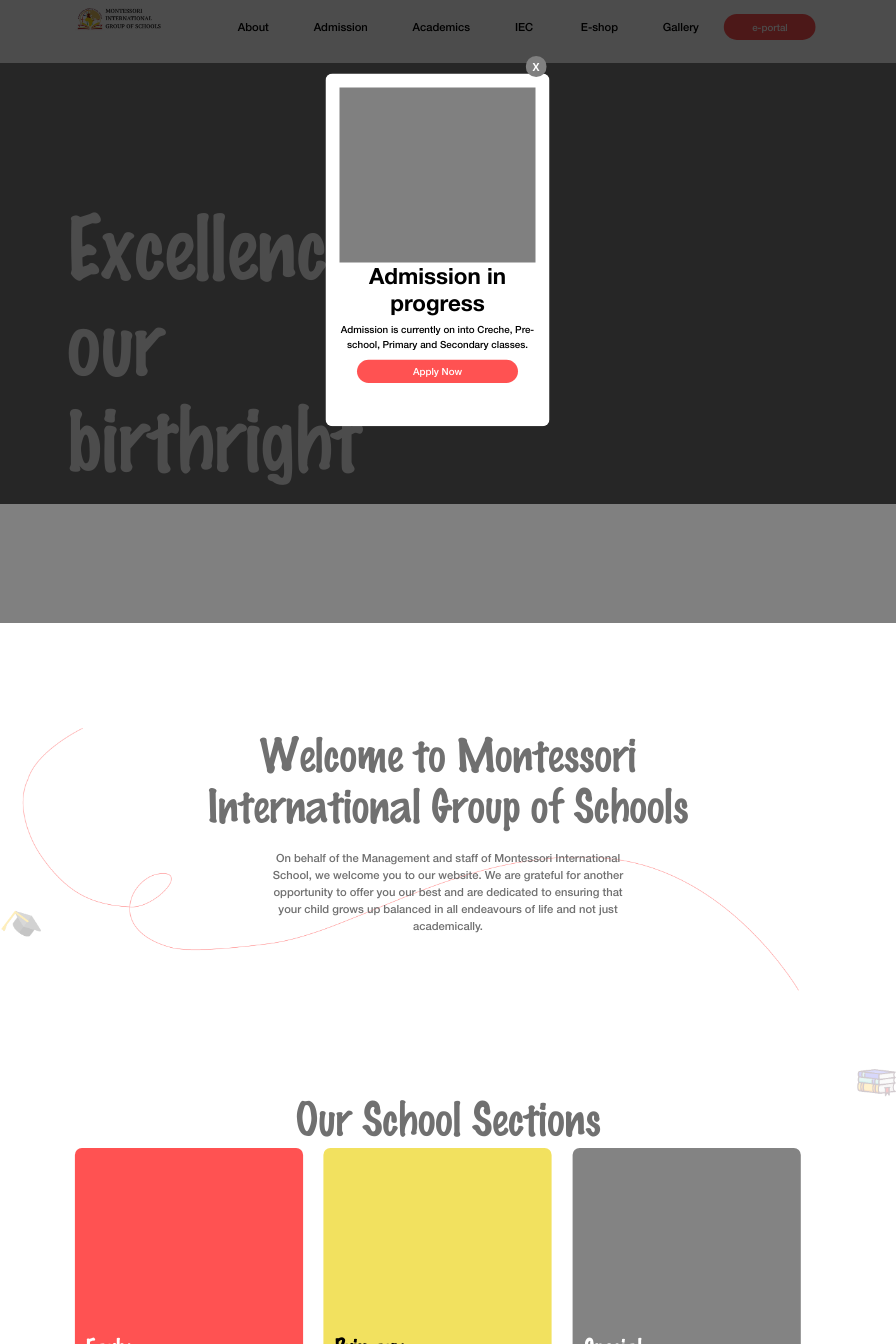
Repository: sarahnnanyelugo/MIGS
Page: /
An editor plug-in stored every save of this project. The page is shown before and after the next save, followed by the edit.
The browser window is 1280 px wide. The pictures show the part of the page from y = 0 to 1920 px (the page is 6410 px tall before and 6420 px after), at 70% of full size.
The project was rebuilt for these pictures with package versions that can differ from the ones it lists, and the page was loaded fresh each time.

Above is the page before, as saved 2023-05-30 22:12:30.

### src/index.js
import React from "react";
import ReactDOM from "react-dom/client";
import "./index.css";
import App from "./App";
import reportWebVitals from "./reportWebVitals";
import "bootstrap/dist/css/bootstrap.min.css";
import { BrowserRouter, Routes, Route, Link, Outlet } from "react-router-dom";
const root = ReactDOM.createRoot(document.getElementById("root"));
root.render(
  <BrowserRouter>
    <App />
  </BrowserRouter>
);

// If you want to start measuring performance in your app, pass a function
// to log results (for example: reportWebVitals(console.log))
// or send to an analytics endpoint. Learn more: https://bit.ly/CRA-vitals
reportWebVitals();

### src/App.js
import logo from "./logo.svg";
import "./App.scss";
import "bootstrap/dist/css/bootstrap.min.css";
import { BrowserRouter, Routes, Route, Link, Outlet } from "react-router-dom";
import Home from "./pages/Home/Home";
import ScrollToTop from "./components/scrollToTop";
import NavBar from "./components/NavBar/NavBar";
function App() {
  return (
    <>
      <ScrollToTop />
      <NavBar />
      <Routes>
        {" "}
        <Route path="/" element={<Home />} />
        {/* <Route path="tech-hub-page" element={<TechHub />} />
        <Route path="team-hire" element={<TeamHire />} />
        <Route path="hire-page" element={<HiringPage />} /> */}
      </Routes>
    </>
  );
}

export default App;

### src/App.scss
@font-face {
  font-family: maker;
  src: url(./assets/fonts/marker-felt/Marker-Felt.ttf);
}
@font-face {
  font-family: helveticaB;
  src: url(./assets/fonts/helvetica/HelveticaNeueBold.ttf);
}
@font-face {
  font-family: helveticaM;
  src: url(./assets/fonts/helvetica/HelveticaNeueMedium.ttf);
}
@font-face {
  font-family: helveticaR;
  // src: url(./assets/fonts/helvetica/HelveticaNeueRegular.ttf);
  src: url(./assets/fonts/helvetica/HelveticaNeue-Extended.otf);
}

h1,
h2,
h3,
h4,
h5,
h6 {
  font-family: maker;
}

### src/components/NavBar/NavBar.jsx
import React, { useEffect, useState, useRef } from "react";
import { Link, NavLink } from "react-router-dom";
import "./_navbar.scss";
import { useLocation } from "react-router-dom";
// import Icofont from "react-icofont";
import Logo from "../../assets/images/logo2.png";

function NavBar() {
  return (
    <>
      <div className="nav-container col-md-10 offset-md-1">
        {" "}
        <div className=" col-md-1 tech-logo-div">
          {" "}
          <img className="tech-logo" src={Logo} alt="Scholar" width="60%" />
        </div>
        <ul className="list-inline list-unstyled ">
          <li className="list-inline-item">
            <NavLink className="tech-links cool-link" to={"/"}>
              About
            </NavLink>
          </li>
          <li className="list-inline-item">
            <NavLink className="tech-links cool-link">Admission</NavLink>
          </li>
          <li className="list-inline-item">
            <NavLink className="tech-links cool-link">Academics</NavLink>
          </li>
          <li className="list-inline-item">
            <NavLink className="tech-links cool-link">IEC</NavLink>
          </li>{" "}
          <li className="list-inline-item">
            <NavLink className="tech-links cool-link">E-shop</NavLink>
          </li>
          <li className="list-inline-item">
            <NavLink className="tech-links cool-link">Gallery</NavLink>
          </li>
          <li className="list-inline-item">
            <button className="nav-btn">e-portal</button>
          </li>
          <li>
            <div class="mobile-container "></div>
          </li>
        </ul>
      </div>
    </>
  );
}

export default NavBar;

### src/components/AppModal/AppModal.js
import "./_app-modal.scss";

// import ModalImg from "../../assets/read2.png";
// import SampleLogo from "../../assets/wellspring.png";

import React, { useEffect, useRef, useState } from "react";

export const AppModal = () => {
  const [showActive, setShowActive] = useState(false);
  const modalContainer = useRef(null);
  const bodyTag = useRef(null);

  useEffect(() => {
    setTimeout(() => {
      // modalContainer.addClass("two");
      // document.body.addClass("modal-active");
      setShowActive(true);
      // modalContainer.click(function () {
      // setShowActive(false);
      // this.addClass("out");
      // document.body.removeClass("modal-active");
      // });
    }, 2000);
  }, []);
  const setThisShowActive = () => {
    setShowActive(!showActive);
  };
  return (
    <>
      <div
        className={`col-md-2 my-app-modal-container ${
          showActive ? "modal-active" : ""
        }`}
      >
        <div
          ref={modalContainer}
          className={`col-md-12 ${showActive ? "two" : ""}`}
          id="modal-container"
        >
          <div className="modal-background col-md-12">
            <button onClick={setThisShowActive} className="close-btn">
              {/* <i class="icofont-close">x</i> */}X
            </button>

            <div className="modal col-md-10">
              <div className="col-md-12 ">
                <div className="img-div"></div>
                <h2>Admission in progress</h2>
                <p>
                  Admission is currently on into Creche, Pre-school, Primary and
                  Secondary classes.
                </p>
                <buttton className="app-btn col-md-12">Apply Now</buttton>
              </div>{" "}
            </div>
          </div>
        </div>
      </div>
    </>
  );
};

### src/pages/Home/home.scss
@import "../../variables";
@import "../../shared-styles";
.landing-img {
  position: relative;
  text-align: left;
  color: #fff;
  height: 800px;
  background-color: grey;
  @media screen and (max-width: 620px) {
    text-align: center;
  }
}
.centered {
  position: absolute;
  top: 50%;
  left: 20%;

  transform: translate(-50%, -50%);
  h1 {
    font-size: 114px !important;
    @media screen and (max-width: 620px) {
      font-size: 64px !important;
      margin-left: 120px;
    }
  }
}
.welcome-header {
  color: #707070;

  h1 {
    font-size: 60px;
  }
}
.welcome-paragraph {
  p {
    color: #707070;
    font-family: helveticaM;
  }
}
.welcome-div {
  height: 800px;
  background: url("../../assets/images/curly.png");
  background-size: contain;
  background-repeat: no-repeat;
}
.section-div {
  margin-top: -280px;

  h1 {
    font-size: 60px;
    color: #707070;
  }
}
.sections-container {
  position: relative;
  text-align: center;
  margin-bottom: 50px;
  border-radius: 10px;
  height: 358px;
}
.bottom-left {
  position: absolute;
  bottom: 8px;
  left: 16px;
}
.early-years {
  background: #ff5252;
  color: #fff;
}
.primary {
  background: #f2e15f;
  color: #000;
}
.special {
  background: #838383;
  color: #fff;
}
.junior {
  background: #2ebbef;
  color: #fff;
}
.senior {
  background: #30eaa9;
  color: #000;
}
.birthright-div {
  background: url("../../assets/images/pink-bg.png");
  background-size: cover;
  background-repeat: no-repeat;
  padding: 60px 0;
  margin: 100px 0;
  h1 {
    margin-bottom: 20px;
  }
  span {
    color: $red;
    font-size: 60px;
  }
  color: #707070;
  p {
    font-family: helveticaM;
    margin-bottom: 100px;
  }
  .img-div {
    height: 487px;
    border-radius: 10px;
    background: #fff;
  }
}
.stats-div {
  background: #554907;
  padding: 50px 0;
  h1 {
    color: #fff;
    font-size: 60px;
    // margin-bottom: 40px;
  }
  .stats {
    h1 {
      color: #fff;
      font-size: 70px;
      font-family: helveticaB;
    }
    p {
      color: #fff;
      font-family: helveticaM;
    }
  }
}
.news-div {
  margin-bottom: 50px;
  .img-div2 {
    background: #ede6e6;
    border-radius: 10px;
    height: 256px;
  }
  .news-details {
    padding: 0 0 0 20px;
    h4 {
      font-family: helveticaM;
      margin: 20px 0;
    }
    button {
      border: none;
      width: 72px;
      height: 30px;
      font-size: 13px;
      font-family: helveticaM;
      border-radius: 35px;
    }
    p {
      font-family: helveticaM;
      color: #414040;
      font-size: 15px;
    }
    small {
      font-size: 13px;
      color: #707070;
    }
    .holidays {
      background: #c6ddf4;
      color: #0b66c1;
    }
    .events {
      background: #f6f7be;
      color: #d3bd13;
    }
  }
}
.events-container {
  height: 149px;
  background: #ede6e6;
  width: 164px;
  border-radius: 20px;
  padding-top: 22px;
  h1 {
    font-family: helveticaM;
  }
  small {
    font-family: helveticaR;
    color: #414040;
  }
}
.upcoming-div {
  p {
    font-family: helveticaR;
    font-size: 20px;
    margin-top: 20px;
    line-height: 22px;
  }
}
.pictures-container {
  background: #fbe5e5;
  padding: 50px 0;
  h1 {
    font-size: 60px;
    color: #6c6868;
  }
  span {
    font-size: 70px;
    color: $red;
  }
  .img-div2 {
    background: #fff;
    border-radius: 20px;
    height: 250px;
  }
  .img-div {
    background: #fff;
    border-radius: 20px;
    height: 550px;
  }
}

### src/pages/Home/Events.js
import React from "react";

function Events({ day, year, month }) {
  return (
    <div className="events-container">
      <center>
        <small>{month}</small>
        <h1>{day}</h1>
        <small>{year}</small>
      </center>
    </div>
  );
}

export default Events;

### src/components/NavBar/_navbar.scss
@import "../../variables";
@import "../../shared-styles";

.nav-container {
  display: flex;
  padding-top: 20px;
  position: relative;
  z-index: 2 !important;
  padding-bottom: 0;
  height: 90px;
  background-color: #fff !important;
  ul li {
    margin-top: 0px !important;
  }
  .nav-btn {
    @include app-btn;
    padding: 8px 40px;
    // margin-top: 0 !important;
    border: none;
    @media screen and (max-width: 620px) {
      display: none;
    }
  }
  .tech-logo-div {
    flex-grow: 1 !important;
    margin-top: -10px;
  }
  .tech-links {
    color: #000;
    text-decoration: none;
    font-family: helveticaM;
    margin: 0px 28px !important;
    &:hover {
      color: $red;
    }
    @media screen and (max-width: 620px) {
      display: none;
    }
  }
}

### src/components/AppModal/_app-modal.scss
@import "../../variables";
@import "../../shared-styles";

.my-app-modal-container {
  position: relative;
  z-index: 3000 !important;
  .close-btn {
    right: 39% !important;
    background: grey !important;
    border-radius: 100%;
    position: relative;
    float: right;
    height: 30px !important;
    width: 30px !important;
    font-size: 15px;
    font-weight: bold;
    color: #fff !important;
    margin-top: -25px;

    background: transparent;
    border: none;
    z-index: 4000;
    &:hover {
      color: $lightblue !important;
    }
    @media screen and (max-width: 620px) {
      right: 5% !important;
      margin-top: 20px;
    }
  }
  * {
    box-sizing: border-box;
  }

  html,
  body,
  .my-app-modal-container {
    min-height: 100%;
    height: 100%;

    &.modal-active {
      overflow: hidden;
    }
  }

  #modal-container {
    position: fixed;
    display: table;
    height: 100%;
    width: 100%;
    top: 0;
    left: 0;
    transform: scale(0);
    z-index: 1;

    &.two {
      transform: scale(1);
      .modal-background {
        background: rgba(0, 0, 0, 0);
        animation: fadeIn 0.5s cubic-bezier(0.165, 0.84, 0.44, 1) forwards;
        .modal {
          opacity: 0;
          animation: scaleUp 1s cubic-bezier(0.165, 0.84, 0.44, 1) forwards;
          background: #fff !important;
          border-radius: 10px;
          width: 25%;
          height: 70%;
          top: 0px;
          padding: 20px;
          @media screen and (max-width: 620px) {
            height: fit-content;
            width: 90%;
            top: 70px;
          }
          color: black;

          p {
            text-align: center !important;
            font-family: helveticaM;
            font-size: 14px;
          }
          h2 {
            font-family: helveticaB;
          }
        }
        .img-div {
          height: 250px;
          background: grey;
        }
        .app-btn {
          padding: 8px 80px;
          margin-top: 30px;
        }
      }
      + .content {
        animation: scaleBack 0.5s cubic-bezier(0.165, 0.84, 0.44, 1) forwards;
      }
      &.out {
        animation: quickScaleDown 0s 0.5s linear forwards;
        .modal-background {
          animation: fadeOut 0.5s cubic-bezier(0.165, 0.84, 0.44, 1) forwards;
          .modal {
            animation: scaleDown 0.5s cubic-bezier(0.165, 0.84, 0.44, 1)
              forwards;
          }
        }
        + .content {
          animation: scaleForward 0.5s cubic-bezier(0.165, 0.84, 0.44, 1)
            forwards;
        }
      }
    }

    .modal-background {
      display: table-cell;
      background: rgba(0, 0, 0, 0.6);
      text-align: center;
      vertical-align: middle;
      .modal {
        background: white;
        padding: 30px 0;
        display: inline-block;
        position: relative;

        .modal-svg {
          position: absolute;
          top: 0;
          left: 0;
          height: 100%;
          width: 100%;
          border-radius: 3px;
          rect {
            stroke: #fff;
            stroke-width: 2px;
            stroke-dasharray: 778;
            stroke-dashoffset: 778;
          }
        }
      }
    }
  }

  @keyframes unfoldIn {
    0% {
      transform: scaleY(0.005) scaleX(0);
    }
    50% {
      transform: scaleY(0.005) scaleX(1);
    }
    100% {
      transform: scaleY(1) scaleX(1);
    }
  }

  @keyframes unfoldOut {
    0% {
      transform: scaleY(1) scaleX(1);
    }
    50% {
      transform: scaleY(0.005) scaleX(1);
    }
    100% {
      transform: scaleY(0.005) scaleX(0);
    }
  }

  @keyframes zoomIn {
    0% {
      transform: scale(0);
    }
    100% {
      transform: scale(1);
    }
  }

  @keyframes zoomOut {
    0% {
      transform: scale(1);
    }
    100% {
      transform: scale(0);
    }
  }

  @keyframes fadeIn {
    0% {
      background: rgba(0, 0, 0, 0);
    }
    100% {
      background: rgba(0, 0, 0, 0.7);
    }
  }

  @keyframes fadeOut {
    0% {
      background: rgba(0, 0, 0, 0.7);
    }
    100% {
      background: rgba(0, 0, 0, 0);
    }
  }

  @keyframes scaleUp {
    0% {
      transform: scale(0.8) translateY(1000px);
      opacity: 0;
    }
    100% {
      transform: scale(1) translateY(0px);
      opacity: 1;
    }
  }

  @keyframes scaleDown {
    0% {
      transform: scale(1) translateY(0px);
      opacity: 1;
    }
    100% {
      transform: scale(0.8) translateY(1000px);
      opacity: 0;
    }
  }

  @keyframes scaleBack {
    0% {
      transform: scale(1);
    }
    100% {
      transform: scale(0.85);
    }
  }

  @keyframes scaleForward {
    0% {
      transform: scale(0.85);
    }
    100% {
      transform: scale(1);
    }
  }

  @keyframes quickScaleDown {
    0% {
      transform: scale(1);
    }
    99.9% {
      transform: scale(1);
    }
    100% {
      transform: scale(0);
    }
  }

  @keyframes slideUpLarge {
    0% {
      transform: translateY(0%);
    }
    100% {
      transform: translateY(-100%);
    }
  }

  @keyframes slideDownLarge {
    0% {
      transform: translateY(-100%);
    }
    100% {
      transform: translateY(0%);
    }
  }

  @keyframes moveUp {
    0% {
      transform: translateY(150px);
    }
    100% {
      transform: translateY(0);
    }
  }

  @keyframes moveDown {
    0% {
      transform: translateY(0px);
    }
    100% {
      transform: translateY(150px);
    }
  }

  @keyframes blowUpContent {
    0% {
      transform: scale(1);
      opacity: 1;
    }
    99.9% {
      transform: scale(2);
      opacity: 0;
    }
    100% {
      transform: scale(0);
    }
  }

  @keyframes blowUpContentTwo {
    0% {
      transform: scale(2);
      opacity: 0;
    }
    100% {
      transform: scale(1);
      opacity: 1;
    }
  }

  @keyframes blowUpModal {
    0% {
      transform: scale(0);
    }
    100% {
      transform: scale(1);
    }
  }

  @keyframes blowUpModalTwo {
    0% {
      transform: scale(1);
      opacity: 1;
    }
    100% {
      transform: scale(0);
      opacity: 0;
    }
  }

  @keyframes roadRunnerIn {
    0% {
      transform: translateX(-1500px) skewX(30deg) scaleX(1.3);
    }
    70% {
      transform: translateX(30px) skewX(0deg) scaleX(0.9);
    }
    100% {
      transform: translateX(0px) skewX(0deg) scaleX(1);
    }
  }

  @keyframes roadRunnerOut {
    0% {
      transform: translateX(0px) skewX(0deg) scaleX(1);
    }
    30% {
      transform: translateX(-30px) skewX(-5deg) scaleX(0.9);
    }
    100% {
      transform: translateX(1500px) skewX(30deg) scaleX(1.3);
    }
  }

  @keyframes sketchIn {
    0% {
      stroke-dashoffset: 778;
    }
    100% {
      stroke-dashoffset: 0;
    }
  }

  @keyframes sketchOut {
    0% {
      stroke-dashoffset: 0;
    }
    100% {
      stroke-dashoffset: 778;
    }
  }

  @keyframes modalFadeIn {
    0% {
      background-color: transparent;
    }
    100% {
      background-color: white;
    }
  }

  @keyframes modalFadeOut {
    0% {
      background-color: white;
    }
    100% {
      background-color: transparent;
    }
  }

  @keyframes modalContentFadeIn {
    0% {
      opacity: 0;
      top: -20px;
    }
    100% {
      opacity: 1;
      top: 0;
    }
  }

  @keyframes modalContentFadeOut {
    0% {
      opacity: 1;
      top: 0px;
    }
    100% {
      opacity: 0;
      top: -20px;
    }
  }

  @keyframes bondJamesBond {
    0% {
      transform: translateX(1000px);
    }
    80% {
      transform: translateX(0px);
      border-radius: 75px;
      height: 75px;
      width: 75px;
    }
    90% {
      border-radius: 3px;
      height: 182px;
      width: 247px;
    }
    100% {
      border-radius: 3px;
      height: 162px;
      width: 227px;
    }
  }

  @keyframes killShot {
    0% {
      transform: translateY(0) rotate(0deg);
      opacity: 1;
    }
    100% {
      transform: translateY(300px) rotate(45deg);
      opacity: 0;
    }
  }

  @keyframes fadeToRed {
    0% {
      background-color: rgba(black, 0.6);
    }
    100% {
      background-color: rgba(red, 0.8);
    }
  }

  @keyframes slowFade {
    0% {
      opacity: 1;
    }
    99.9% {
      opacity: 0;
      transform: scale(1);
    }
    100% {
      transform: scale(0);
    }
  }
}

### src/_variables.scss
$yellow: rgb(255, 210, 16);
$red: #ff5252;
$skyblue: rgb(83, 180, 242);
$lightblue: rgb(12, 99, 177);
$lightblue2: rgb(12, 88, 160);
$lighterblue: rgb(211, 236, 252);
$deepblue2: rgb(0, 79, 157);
$mainblue: rgb(1, 71, 141);

@mixin app-btn {
  color: #fff;
  border-radius: 35px;
  padding: 8px 0px;
  font-size: 14px;
  background: $red;
  border: none;
  @media screen and (max-width: 620px) {
    padding: 8px 100px;
  }
  font-family: helveticaM;
  &:hover {
    background: #c90e0e;
    transition: 0.5s ease;
  }
}

### src/_shared-styles.scss
@import "./variables";

@media screen and (max-width: 620px) {
  .flexyM {
    display: flex !important;
  }
  .side-menu {
    display: none !important;
  }
  .page-body {
    padding: 20px;
  }

  .dn {
    display: none;
  }
  .holder img {
    height: 200px;
    margin-top: 40px !important;
  }
  .overlay {
    bottom: -30px !important;
  }
  .m-margin {
    margin-top: 0 !important;
    margin-bottom: 0 !important;
  }
  .navigations {
    display: none;
  }
  .breadcrum {
    margin-top: 350px !important;
  }
}
@media screen and (min-width: 620px) {
  .flexy {
    display: flex;
  }
  .spread {
    display: flex;
  }
  // {
  //   display:none;
  // }
}

/* Container needed to position the overlay. Adjust the width as needed */
.holder {
  position: relative;
  width: 100%;
}

.side-nav2 {
  @media screen and (max-width: 620px) {
    padding: 0 10px 0;
  }
}
.br {
  border-radius: 10px;
}
.mt1 {
  margin-top: 10px;
}
.mt2 {
  margin-top: 20px;
}
.mt3 {
  margin-top: 30px;
}
.mt4 {
  margin-top: 40px;
}
.mt5 {
  margin-top: 50px;
}
.mt6 {
  margin-top: 60px;
}
.mt7 {
  margin-top: 70px;
}
.mt8 {
  margin-top: 80px;
}
.mt9 {
  margin-top: 90px;
}
.mt {
  margin-top: 120px;
}
.mtt {
  margin-top: 150px;
}
.mr1 {
  margin-right: 10px;
}
.mr2 {
  margin-right: 20px;
}
.mr3 {
  margin-right: 30px;
}
.mr4 {
  margin-right: 40px;
}
.mr5 {
  margin-right: 50px;
}
.mr6 {
  margin-right: 60px;
}
.mr7 {
  margin-right: 70px;
}
.mb1 {
  margin-bottom: 10px;
}
.mb2 {
  margin-bottom: 20px;
}
.mb3 {
  margin-bottom: 30px;
}
.mb4 {
  margin-bottom: 40px;
}
.mb5 {
  margin-bottom: 50px;
}
.mb6 {
  margin-bottom: 60px;
}
.ml2 {
  margin-left: 20px;
}
.ml3 {
  margin-left: 30px;
}
.ml4 {
  margin-left: 40px;
}
.ml5 {
  margin-left: 50px;
}
.ml6 {
  margin-left: 60px;
}

.app-btn {
  @include app-btn;
  width: 100% !important;
}
.tac {
  text-align: center;
}
.normal-link {
  font-family: helveticaM;
  color: black !important;
  text-decoration: none;
}

Loaded but not shown: public/index.html (common file); src/index.css (common file); src/reportWebVitals.js (common file); src/components/scrollToTop.js (common file); src/pages/Home/Home.js (360 lines, source omitted)

After the next save:
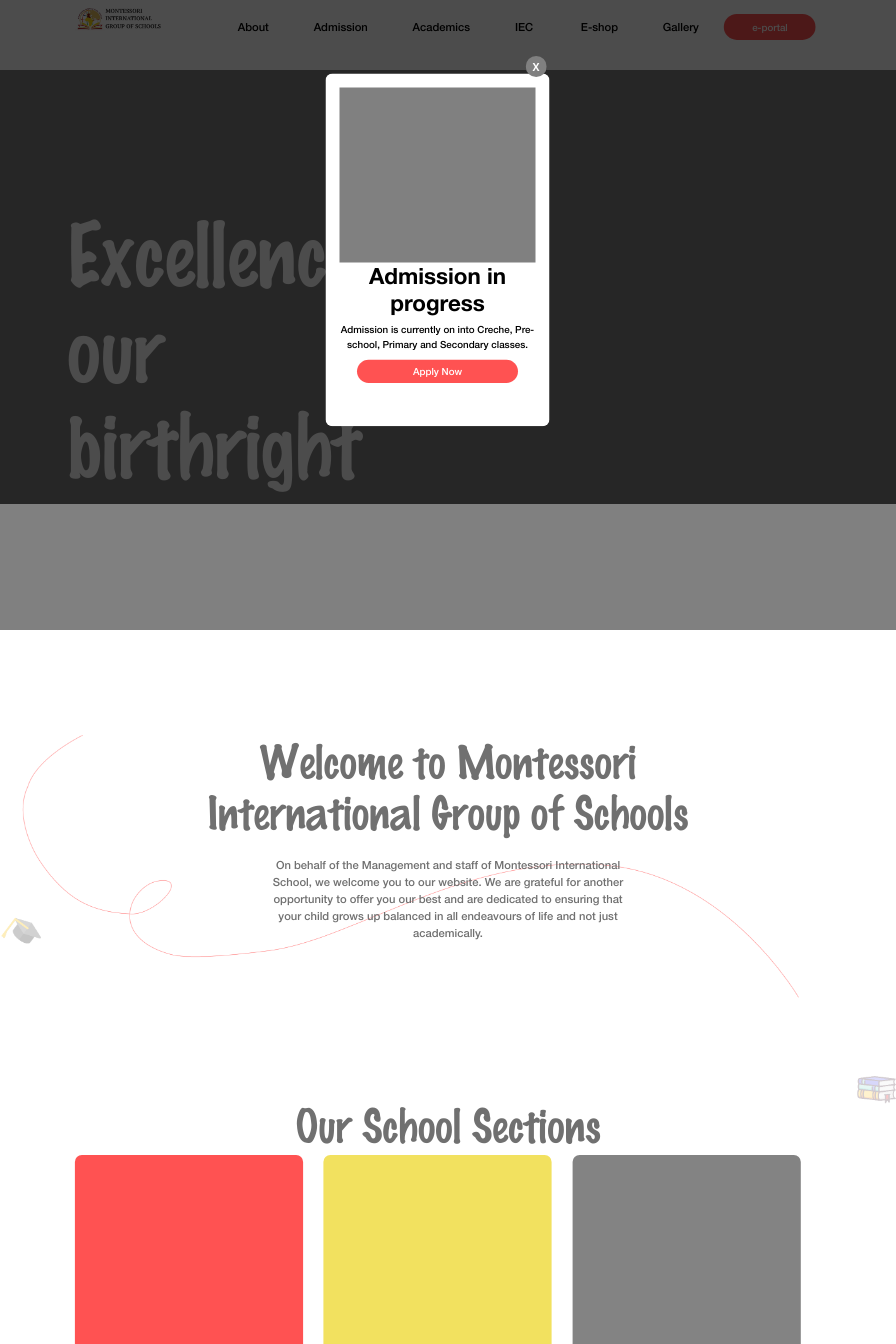
Saved 99 s later.
--- a/src/components/NavBar/_navbar.scss
+++ b/src/components/NavBar/_navbar.scss
@@ -7,7 +7,7 @@
   position: relative;
   z-index: 2 !important;
   padding-bottom: 0;
-  height: 90px;
+  height: 100px;
   background-color: #fff !important;
   ul li {
     margin-top: 0px !important;
